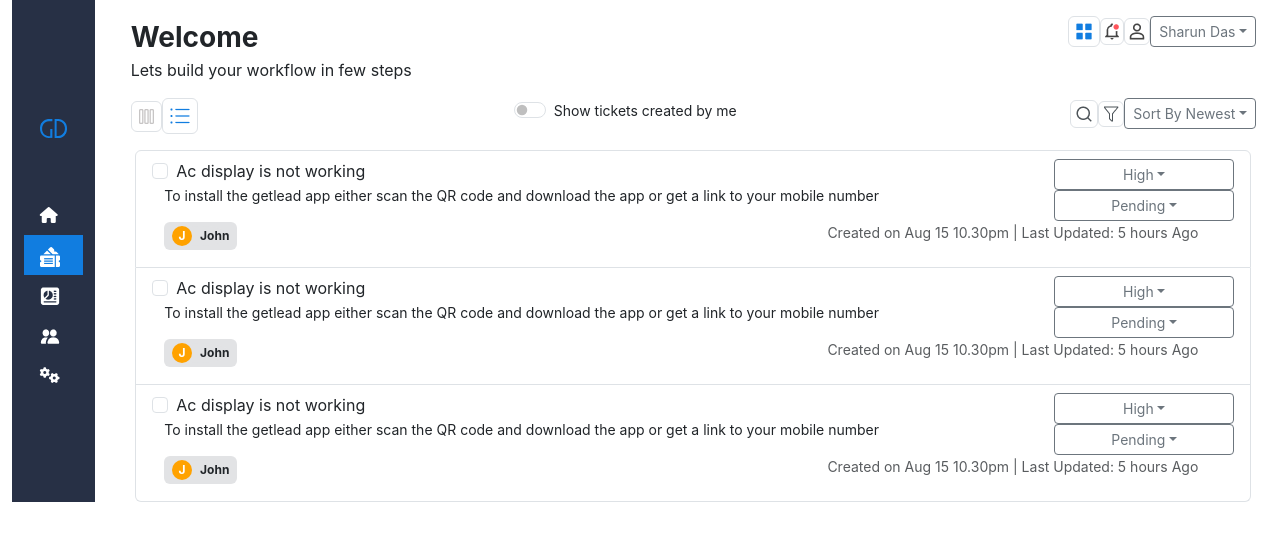
Repository: rishikarajeev/GL_HelpDesk
Page: /showtickets
An editor plug-in stored every save of this project. The page is shown before and after a run of saves, followed by the edit.
The browser window is 1280 px wide. The pictures show the whole page.
The project was rebuilt for these pictures with package versions that can differ from the ones it lists, and the page was loaded fresh each time. Also part of the build but not shown: src/App.css, src/Pages/HomePage.jsx.

Above is the page before, as saved 2024-01-09 15:15:46.

### public/index.html
<!DOCTYPE html>
<html lang="en">
  <head>
    <meta charset="utf-8" />
    <link rel="icon" href="%PUBLIC_URL%/favicon.ico" />
    <meta name="viewport" content="width=device-width, initial-scale=1" />
    <meta name="theme-color" content="#000000" />
    <meta
      name="description"
      content="Web site created using create-react-app"
    />
    <link rel="apple-touch-icon" href="%PUBLIC_URL%/logo192.png" />
    <link href="https://cdn.jsdelivr.net/npm/bootstrap@5.3.2/dist/css/bootstrap.min.css" rel="stylesheet" integrity="sha384-T3c6CoIi6uLrA9TneNEoa7RxnatzjcDSCmG1MXxSR1GAsXEV/Dwwykc2MPK8M2HN" crossorigin="anonymous">
   <script src="https://cdn.jsdelivr.net/npm/bootstrap@5.3.2/dist/js/bootstrap.bundle.min.js" integrity="sha384-C6RzsynM9kWDrMNeT87bh95OGNyZPhcTNXj1NW7RuBCsyN/o0jlpcV8Qyq46cDfL" crossorigin="anonymous"></script>

   <!--
      manifest.json provides metadata used when your web app is installed on a
      user's mobile device or desktop. See https://developers.google.com/web/fundamentals/web-app-manifest/
    -->
    <link rel="manifest" href="%PUBLIC_URL%/manifest.json" />
    <!--
      Notice the use of %PUBLIC_URL% in the tags above.
      It will be replaced with the URL of the `public` folder during the build.
      Only files inside the `public` folder can be referenced from the HTML.

      Unlike "/favicon.ico" or "favicon.ico", "%PUBLIC_URL%/favicon.ico" will
      work correctly both with client-side routing and a non-root public URL.
      Learn how to configure a non-root public URL by running `npm run build`.
    -->
    <title>React App</title>
  </head>
  <body>
    <noscript>You need to enable JavaScript to run this app.</noscript>
    <div id="root"></div>
    <!--
      This HTML file is a template.
      If you open it directly in the browser, you will see an empty page.

      You can add webfonts, meta tags, or analytics to this file.
      The build step will place the bundled scripts into the <body> tag.

      To begin the development, run `npm start` or `yarn start`.
      To create a production bundle, use `npm run build` or `yarn build`.
    -->
  </body>
</html>

### src/index.js
import React from "react";
import ReactDOM from "react-dom/client";
import "./index.css";
import App from "./App";
import reportWebVitals from "./reportWebVitals";


const root = ReactDOM.createRoot(document.getElementById("root"));
root.render(<App />);

// If you want to start measuring performance in your app, pass a function
// to log results (for example: reportWebVitals(console.log))
// or send to an analytics endpoint. Learn more: https://bit.ly/CRA-vitals
reportWebVitals();

### src/App.js
import logo from "./logo.svg";
import "./App.css";

import { BrowserRouter,Route,Routes } from "react-router-dom";
import ViewTickets from "./Pages/ViewTickets";
import HomePage from "./Pages/HomePage";
import SideBar from "./Components/SideBar";
import { Container, Row, Col } from "react-bootstrap";
import Header from "./Components/Header";


function App() {
  return (
    <BrowserRouter>
<Container fluid>
     <Row>
          <Col xl={1} >
            <SideBar />
            </Col>
            <Col xl={11}>
            <Header/>
            <Routes>
              <Route path="/" element={<HomePage />}></Route>
              <Route path="/showtickets" element={<ViewTickets />}></Route>
            </Routes>
            </Col>



         </Row>
       </Container>


    </BrowserRouter>
  );
}

export default App;

### src/Pages/ViewTickets.jsx
import React from "react";

import "../Assets/Css/Styles.css";
import UserBadge from "../Components/UserBadge";
import Header from "../Components/Header";

function ViewTickets() {
  const userName = "John";

  return (

    <div className="container bg-white ">

    <ol className="list-group">
      <li className="list-group-item d-flex justify-content-between align-items-start">
        <div className="container">
          <div className="row">
            <div className="col-10">
              <div className="row">
                <div className="form-check">
                  <input
                    className="form-check-input"
                    type="checkbox"
                    value=""
                    id="flexCheckDefault"
                  />
                  <label className="form-check-label" htmlFor="flexCheckDefault">
                    Ac display is not working
                  </label>
                </div>
              </div>
              <div className="row">
                <p className="small text-wrap">
                  To install the getlead app either scan the QR code and
                  download the app or get a link to your mobile number
                </p>
              </div>

            </div>
            <div className="col-2">
              <div className="row">
                <button
                  className="btn btn-outline-secondary btn-sm dropdown-toggle"
                  type="button"
                  data-bs-toggle="dropdown"
                  aria-expanded="false"
                >
                  High
                </button>

                <button
                  className="btn btn-outline-secondary btn-sm dropdown-toggle"
                  type="button"
                  data-bs-toggle="dropdown"
                  aria-expanded="false"
                >
                  Pending
                </button>
              </div>
            </div>
            <div className="row">
                <div className="col-5">
                  <UserBadge name={userName} />
                </div>
                <div className="col-7 text-end">
                  <p className="text-muted small">
                    Created on Aug 15 10.30pm | Last Updated: 5 hours Ago
                  </p>
                </div>
              </div>
          </div>
        </div>
      </li>
      <li className="list-group-item d-flex justify-content-between align-items-start">
        <div className="container">
          <div className="row">
            <div className="col-10">
              <div className="row">
                <div className="form-check">
                  <input
                    className="form-check-input"
                    type="checkbox"
                    value=""
                    id="flexCheckDefault"
                  />
                  <label className="form-check-label" htmlFor="flexCheckDefault">
                    Ac display is not working
                  </label>
                </div>
              </div>
              <div className="row">
                <p className="small text-wrap">
                  To install the getlead app either scan the QR code and
                  download the app or get a link to your mobile number
                </p>
              </div>

            </div>
            <div className="col-2">
              <div className="row">
                <button
                  className="btn btn-outline-secondary btn-sm dropdown-toggle"
                  type="button"
                  data-bs-toggle="dropdown"
                  aria-expanded="false"
                >
                  High
                </button>

                <button
                  className="btn btn-outline-secondary btn-sm dropdown-toggle"
                  type="button"
                  data-bs-toggle="dropdown"
                  aria-expanded="false"
                >
                  Pending
                </button>
              </div>
            </div>
            <div className="row">
                <div className="col-5">
                  <UserBadge name={userName} />
                </div>
                <div className="col-7 text-end">
                  <p className="text-muted small">
                    Created on Aug 15 10.30pm | Last Updated: 5 hours Ago
                  </p>
                </div>
              </div>
          </div>
        </div>
      </li>
      <li className="list-group-item d-flex justify-content-between align-items-start">
        <div className="container">
          <div className="row">
            <div className="col-10">
              <div className="row">
                <div className="form-check">
                  <input
                    className="form-check-input"
                    type="checkbox"
                    value=""
                    id="flexCheckDefault"
                  />
                  <label className="form-check-label" htmlFor="flexCheckDefault">
                    Ac display is not working
                  </label>
                </div>
              </div>
              <div className="row">
                <p className="small text-wrap">
                  To install the getlead app either scan the QR code and
                  download the app or get a link to your mobile number
                </p>
              </div>

            </div>
            <div className="col-2">
              <div className="row">
                <button
                  className="btn btn-outline-secondary btn-sm dropdown-toggle"
                  type="button"
                  data-bs-toggle="dropdown"
                  aria-expanded="true"
                >
                  High
                </button>

                <button
                  className="btn btn-outline-secondary btn-sm dropdown-toggle"
                  type="button"
                  data-bs-toggle="dropdown"
                  aria-expanded="true"
                >
                  Pending
                </button>
              </div>
            </div>
            <div className="row">
                <div className="col-5">
                  <UserBadge name={userName} />
                </div>
                <div className="col-7 text-end">
                  <p className="text-muted small">
                    Created on Aug 15 10.30pm | Last Updated: 5 hours Ago
                  </p>
                </div>
              </div>
          </div>
        </div>
      </li>
    </ol>
  </div>

  );
}

export default ViewTickets;

### src/Components/SideBar.jsx
import React from "react";

import "@fortawesome/fontawesome-free/css/all.min.css";
import ticketIcon from "../Assets//Images/Layer_1.png";
import logo from "../Assets//Images/logo.png";
import profile from "../Assets//Images/profile_icon.png";
import filemanagr from "../Assets//Images/Frame.png";
import "../Assets/Css/Styles.css";

function SideBar() {
  return (
    <nav class="navbar navbar-expand-lg navbar-dark sideBg  d-flex flex-column h-100 ">
      <button
        class="navbar-toggler"
        type="button"
        data-toggle="collapse"
        data-target="#sidebar"
        aria-controls="sidebar"
        aria-expanded="false"
        aria-label="Toggle navigation"
      >
        <span class="navbar-toggler-icon"></span>
      </button>

      <div class="collapse navbar-collapse" id="sidebar">

        <ul class="nav  flex-column " >
        <li class="nav-item mb-5 ">
            <a class="nav-link active" href="/">
            <img src={logo} alt="Home Icon" className="icon" />
            </a>
          </li>
          <li class="nav-item">
            <a class="nav-link active text-white" href="/">
              <i class="fas fa-home"></i>
            </a>
          </li>
          <li class="nav-item  selectedColor">
            <a className="nav-link active" href="/showtickets">
              <img src={ticketIcon} alt="Home Icon" className="icon" />
            </a>
          </li>
          <li class="nav-item  ">
            <a className="nav-link active" href="#">
              <img src={filemanagr} alt="Home Icon" className="icon" />
            </a>
          </li>
          <li class="nav-item  ">
            <a className="nav-link active" href="#">
              <img src={profile} alt="Home Icon" className="icon" />
            </a>
          </li>
          <li class="nav-item ">
            <a class="nav-link text-white" href="#">
              <i class="fas fa-cogs"></i>
            </a>
          </li>

        </ul>
      </div>
    </nav>
  );
}

export default SideBar;

### src/Components/Header.jsx
import React from "react";
import column_icon from "../Assets/Images/fluent_column-triple-20-regular.png";
import list_icon from "../Assets/Images/ph_list-bullets-light.png";
import search_icon from "../Assets/Images/ri_search-line.png";
import menu_icon from "../Assets/Images/ep_menu.png";
import filter_icon from "../Assets/Images/cil_filter.png";
import notificatn_icon from "../Assets/Images/Group 10.png";
import user_icon from "../Assets/Images/ooui_user-avatar-outline.png";
import { Container, Row, Col, Navbar, Nav } from "react-bootstrap";

function Header() {
  return (
    <Container fluid>
      <Row className=" justify-content-end mt-3 mb-3" >
        <Col sm={8}>
          <Row>
            <a class="navbar-brand fs-3 fw-bolder" href="#">
              Welcome{" "}
            </a>
          </Row>
          <Row>
            <span>Lets build your workflow in few steps</span>
          </Row>
        </Col>

        <Col sm={4}  className="text-end">
          <img src={menu_icon} alt="Local Icon" className="img-thumbnail" />
          <img
            src={notificatn_icon}
            alt="Local Icon"
            className="img-thumbnail"
          />
          <img src={user_icon} alt="Local Icon" className="img-thumbnail" />
          <button
            class="btn btn-outline-secondary btn-sm dropdown-toggle "
            type="button"
            data-bs-toggle="dropdown"
            aria-expanded="false"
          >
            Sharun Das
          </button>
        </Col>
      </Row>

      <Row className=" mt-3 mb-3">
        <Col>
          <img src={column_icon} alt="Local Icon" className="img-thumbnail" />

          <img src={list_icon} className="img-thumbnail" />
        </Col>
        <Col>
          <div class="form-check form-switch">
            <label class="form-check-label small" for="flexSwitchCheckDefault">
              Show tickets created by me
            </label>

            <input
              class="form-check-input"
              type="checkbox"
              role="switch"
              id="flexSwitchCheckDefault"
            />
          </div>
        </Col>
        <Col className="text-end">
          <img src={search_icon} alt="Local Icon" className="img-thumbnail" />
          <img src={filter_icon} alt="Local Icon" className="img-thumbnail" />
          <button
            class="btn btn-outline-secondary btn-sm dropdown-toggle "
            type="button"
            data-bs-toggle="dropdown"
            aria-expanded="false"
          >
            Sort By Newest
          </button>
        </Col>
      </Row>
    </Container>
  );
}

export default Header;

### src/Assets/Css/Styles.css
.sideBg{
    background-color:  #273045;
    padding: 3;
}
.selectedColor{
    background-color:  #117DE0;

}
.bgColor{
    background-color:  #EFEFEF;

}


  .circle-icon {
    width: 20px;
    height: 20px;
    border-radius: 50%;
    background-color: #ffa200; /* Choose your desired background color */
    display: flex;
    align-items: center;
    justify-content: center;
    color: #fff; /* Choose your desired text color */
  }
  .close-icon {
    position: absolute;
    color:black;
    top: 50%;
    left: 50%;
    transform: translate(-50%, -50%);
  }

### src/Components/UserBadge.jsx
// UserBadge.js
import React from 'react';
import { Badge } from 'react-bootstrap';
import "../Assets/Css/Styles.css"



const UserBadge = ({ name }) => {
  const initials = name
    .split(' ')
    .map((word) => word[0])
    .join('');

  return (
    <div>
      <Badge bg="secondary-subtle ">
      <div className="rounded-circle bg-secondary-subtle text-dark d-flex align-items-center justify-content-center">

        <div className="circle-icon"> <span >{initials} </span> </div>
        <span className="ms-2">{name} </span>


        </div>
      </Badge>


    </div>
  );
};

export default UserBadge;

Loaded but not shown: src/index.css (common file); src/reportWebVitals.js (common file)

After the next 2 saves:
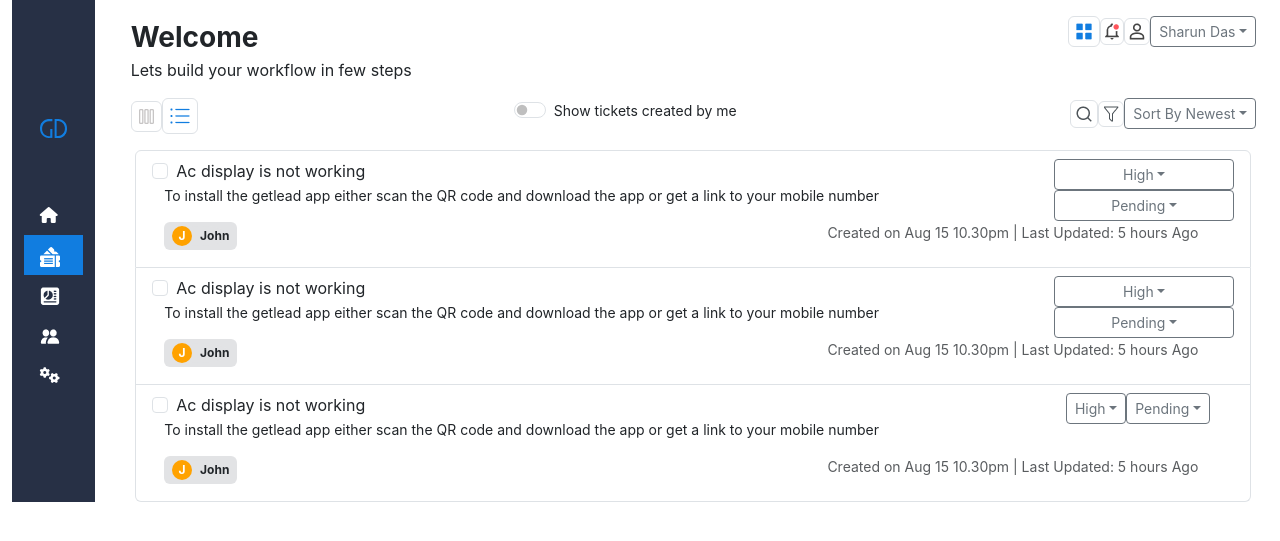
The 2 saves are shown as one change because they came seconds apart.
The last was saved 28 s later.
--- a/src/Pages/ViewTickets.jsx
+++ b/src/Pages/ViewTickets.jsx
@@ -156,7 +156,7 @@
 
             </div>
             <div className="col-2">
-              <div className="row">
+
                 <button
                   className="btn btn-outline-secondary btn-sm dropdown-toggle"
                   type="button"
@@ -174,7 +174,7 @@
                 >
                   Pending
                 </button>
-              </div>
+
             </div>
             <div className="row">
                 <div className="col-5">

After the 3 saves that followed:
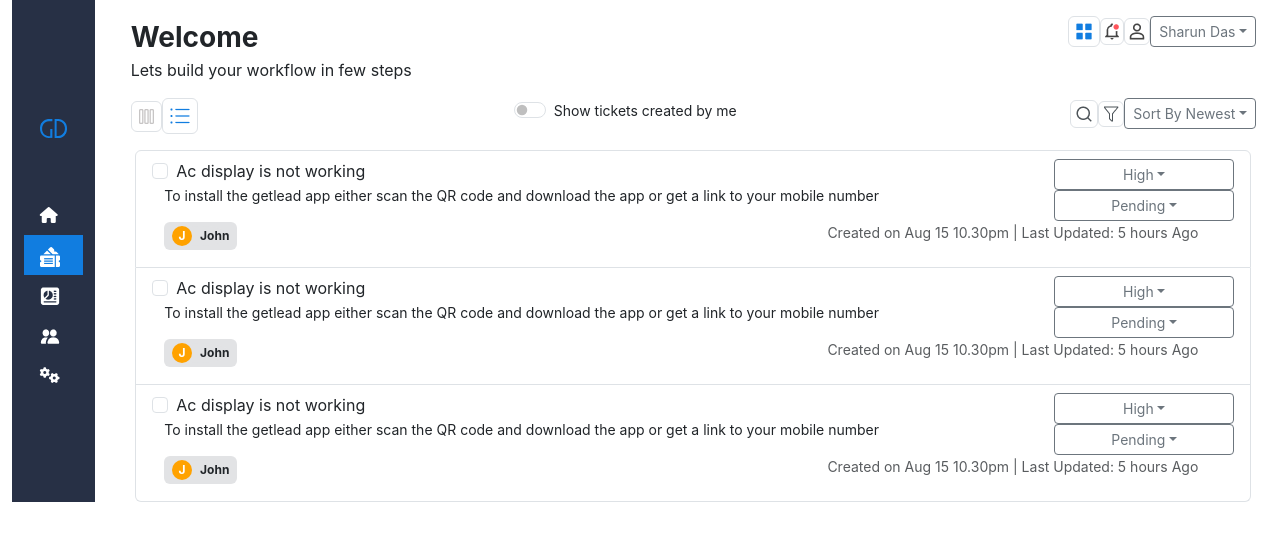
The 3 saves are shown as one change because they came seconds apart.
The last was saved 51 s later.
--- a/src/Pages/ViewTickets.jsx
+++ b/src/Pages/ViewTickets.jsx
@@ -156,12 +156,12 @@
 
             </div>
             <div className="col-2">
-
+              <div className="row">
                 <button
                   className="btn btn-outline-secondary btn-sm dropdown-toggle"
                   type="button"
                   data-bs-toggle="dropdown"
-                  aria-expanded="true"
+                  aria-expanded="tr"
                 >
                   High
                 </button>
@@ -174,7 +174,7 @@
                 >
                   Pending
                 </button>
-
+              </div>
             </div>
             <div className="row">
                 <div className="col-5">
